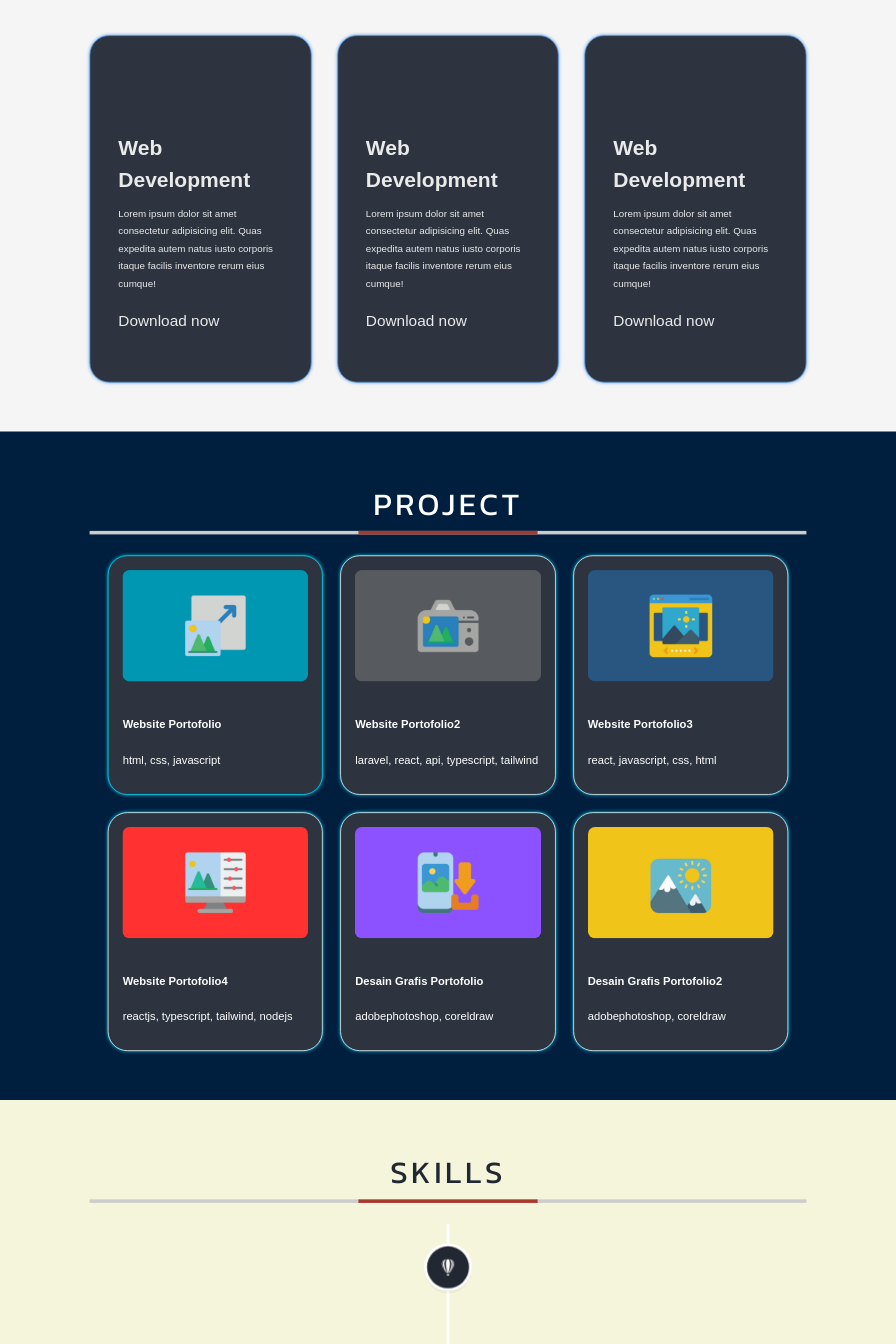
Repository: sellayspy/Portofolio
Page: /
The author's editor kept a copy of each file at every save. The page is drawn from the files as they stood at one save, then again after the next save.
The browser window is 1280 px wide. The pictures show the part of the page from y = 1208 to 3128 px (the page is 5891 px tall), at 70% of full size.
The pointer rests on the first visible `.grid .item`.
The project was rebuilt for these pictures with package versions that can differ from the ones it lists, and the page was loaded fresh each time. Also part of the build but not shown: vite.config.js, src/styles/DetailPortfolio.css, src/components/ScrollToTop.jsx, src/pages/DetailPortfolio.jsx, src/pages/PagesNotFound.jsx.

Above is the page before, as saved 2024-09-16 21:30:40.

After the next save:
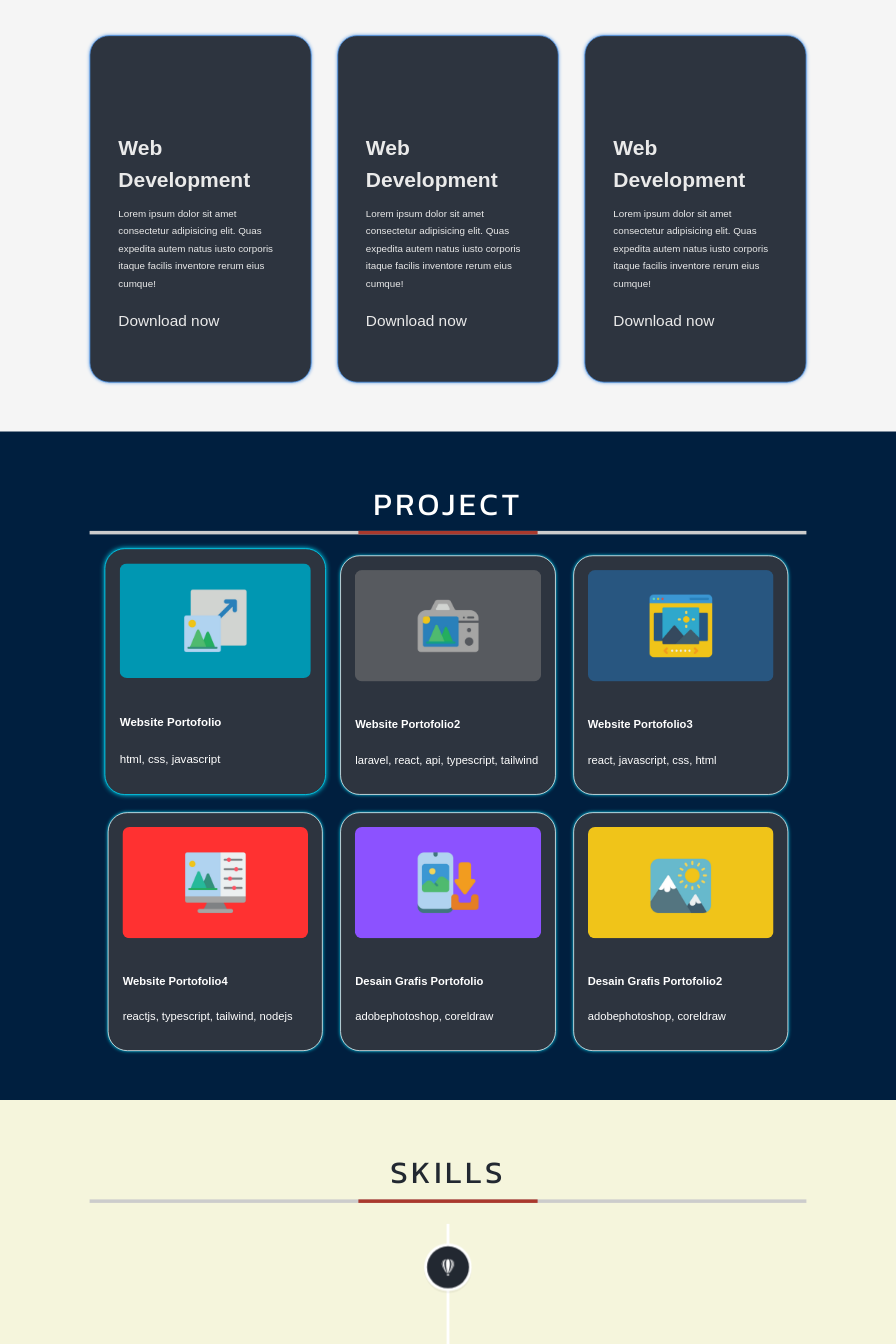
Saved 4 s later.
--- a/src/styles/Portfolio.css
+++ b/src/styles/Portfolio.css
@@ -36,7 +36,7 @@
 }
 .grid .item:hover {
   border: 1px solid #00e0ff;
-  box-shadow: 0 0 8px #00e0ff
+  box-shadow: 0 0 8px #00e0ff;
   transform: translateY(-5px) scale(1.03);
   cursor: pointer;
 }
